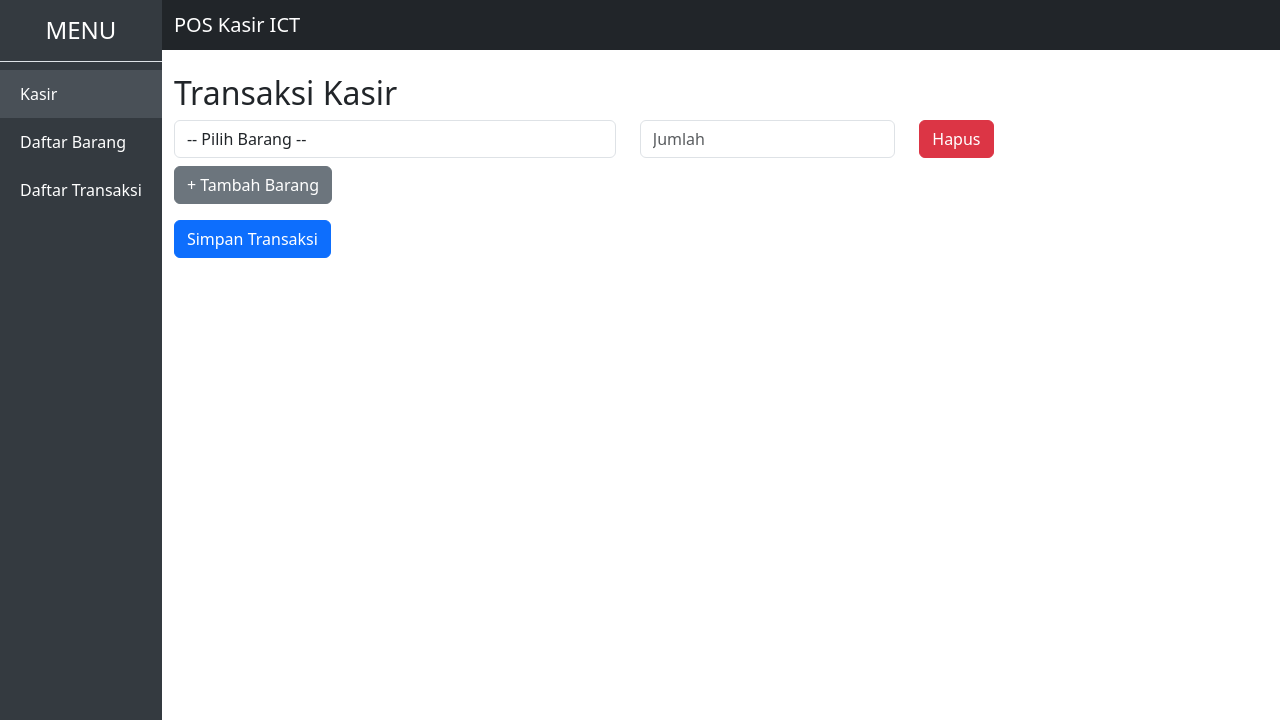
Repository: ekojt7/ekojatmiko_kasir_ict
Page: http://localhost/kasir
The author's editor kept a copy of each file at every save. The page is drawn from the files as they stood at one save, then again after the next save.
The browser window is 1280 px wide. The pictures show the whole page.
The page is served by the project's Laravel application, run on PHP 8.4 with Laravel 12. The database holds what the project's SQL file puts in it.

Above is the page before, as saved 2025-08-04 22:14:14.

After the next save:
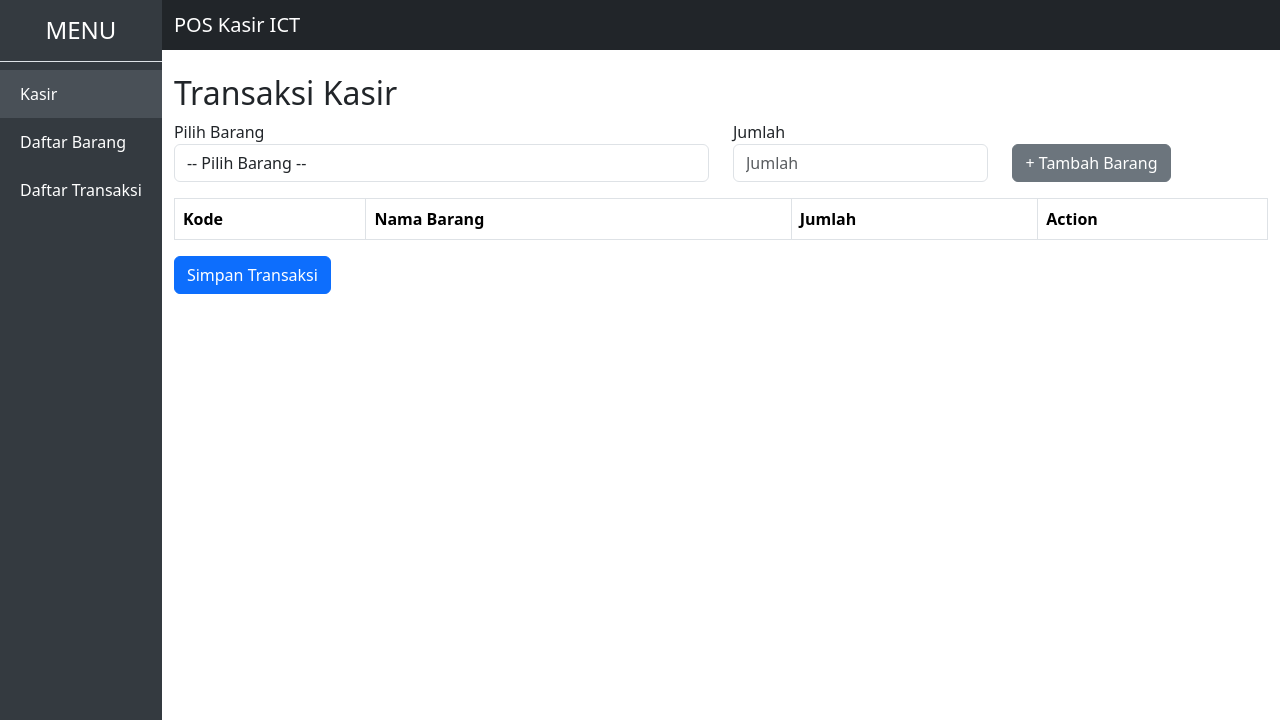
Saved 10 h 16 min later.
--- a/resources/views/kasir/index.blade.php
+++ b/resources/views/kasir/index.blade.php
@@ -9,69 +9,85 @@
 
 <form method="POST" action="{{ route('kasir.store') }}">
     @csrf
-    <div id="item-list">
-        <div class="row mb-2 item-row">
-            <div class="col-md-5">
-                <select name="barang_id[]" class="form-control barang-select" required>
-                    <option value="">-- Pilih Barang --</option>
-                    @foreach($barangs as $barang)
-                        <option value="{{ $barang->id }}">{{ $barang->kode_barang }} - {{ $barang->nama_barang }}</option>
-                    @endforeach
-                </select>
-            </div>
-            <div class="col-md-3">
-                <input type="number" name="jumlah[]" class="form-control jumlah-input" placeholder="Jumlah" min="1" required>
-            </div>
-            <div class="col-md-2">
-                <button type="button" class="btn btn-danger remove-item">Hapus</button>
-            </div>
+
+    <div class="row mb-3">
+        <div class="col-md-6">
+            <label for="select-barang">Pilih Barang</label>
+            <select id="select-barang" class="form-control">
+                <option value="">-- Pilih Barang --</option>
+                @foreach($barangs as $barang)
+                    <option value="{{ $barang->id }}" data-nama="{{ $barang->nama_barang }}" data-kode="{{ $barang->kode_barang }}">
+                        {{ $barang->kode_barang }} - {{ $barang->nama_barang }}
+                    </option>
+                @endforeach
+            </select>
+        </div>
+        <div class="col-md-3">
+            <label for="jumlah">Jumlah</label>
+            <input type="number" id="jumlah" class="form-control" min="1" placeholder="Jumlah">
+        </div>
+        <div class="col-md-3 d-flex align-items-end">
+            <button type="button" class="btn btn-secondary" id="btn-tambah">+ Tambah Barang</button>
         </div>
     </div>
-    <button type="button" class="btn btn-secondary mb-3" id="tambah-item">+ Tambah Barang</button>
-    <br>
+
+    <table class="table table-bordered" id="tabel-transaksi">
+        <thead>
+            <tr>
+                <th>Kode</th>
+                <th>Nama Barang</th>
+                <th>Jumlah</th>
+                <th>Action</th>
+            </tr>
+        </thead>
+        <tbody>
+            <!-- Detail barang akan ditambahkan di sini -->
+        </tbody>
+    </table>
+
     <button type="submit" class="btn btn-primary">Simpan Transaksi</button>
 </form>
 
 <script>
-document.getElementById('tambah-item').addEventListener('click', function () {
-    const selectedId = document.querySelector('.item-row:last-child select').value;
-    const jumlahBaru = parseInt(document.querySelector('.item-row:last-child input').value);
+document.getElementById('btn-tambah').addEventListener('click', function () {
+    const select = document.getElementById('select-barang');
+    const jumlahInput = document.getElementById('jumlah');
+    const barangId = select.value;
+    const jumlah = parseInt(jumlahInput.value);
 
-    if (!selectedId || isNaN(jumlahBaru) || jumlahBaru <= 0) {
-        alert("Pilih barang dan isi jumlah terlebih dahulu.");
+    if (!barangId || isNaN(jumlah) || jumlah <= 0) {
+        alert('Pilih barang dan masukkan jumlah.');
         return;
     }
 
-    const allSelects = document.querySelectorAll('.barang-select');
-    let isDuplicate = false;
+    const nama = select.options[select.selectedIndex].getAttribute('data-nama');
+    const kode = select.options[select.selectedIndex].getAttribute('data-kode');
 
-    allSelects.forEach((select, index) => {
-        if (index < allSelects.length - 1 && select.value === selectedId) {
-            const jumlahInput = document.querySelectorAll('.jumlah-input')[index];
-            jumlahInput.value = parseInt(jumlahInput.value) + jumlahBaru;
+    // Cek apakah barang sudah ada di tabel
+    const existingRow = document.querySelector(`#tabel-transaksi tbody tr[data-id='${barangId}']`);
+    if (existingRow) {
+        const existingJumlahInput = existingRow.querySelector('.jumlah-input');
+        existingJumlahInput.value = parseInt(existingJumlahInput.value) + jumlah;
+    } else {
+        const row = document.createElement('tr');
+        row.setAttribute('data-id', barangId);
+        row.innerHTML = `
+            <td>${kode}<input type="hidden" name="barang_id[]" value="${barangId}"></td>
+            <td>${nama}</td>
+            <td><input type="number" name="jumlah[]" class="form-control jumlah-input" value="${jumlah}" min="1" required></td>
+            <td><button type="button" class="btn btn-danger btn-sm btn-hapus">Hapus</button></td>
+        `;
+        document.querySelector('#tabel-transaksi tbody').appendChild(row);
+    }
 
-            // Reset baris terakhir
-            document.querySelector('.item-row:last-child select').value = '';
-            document.querySelector('.item-row:last-child input').value = '';
-            isDuplicate = true;
-        }
-    });
-
-    if (!isDuplicate) {
-        const itemList = document.getElementById('item-list');
-        const newRow = document.querySelector('.item-row').cloneNode(true);
-        newRow.querySelector('select').value = '';
-        newRow.querySelector('input').value = '';
-        itemList.appendChild(newRow);
-    }
+    // Reset input
+    select.value = '';
+    jumlahInput.value = '';
 });
 
 document.addEventListener('click', function (e) {
-    if (e.target.classList.contains('remove-item')) {
-        const rows = document.querySelectorAll('.item-row');
-        if (rows.length > 1) {
-            e.target.closest('.item-row').remove();
-        }
+    if (e.target.classList.contains('btn-hapus')) {
+        e.target.closest('tr').remove();
     }
 });
 </script>
